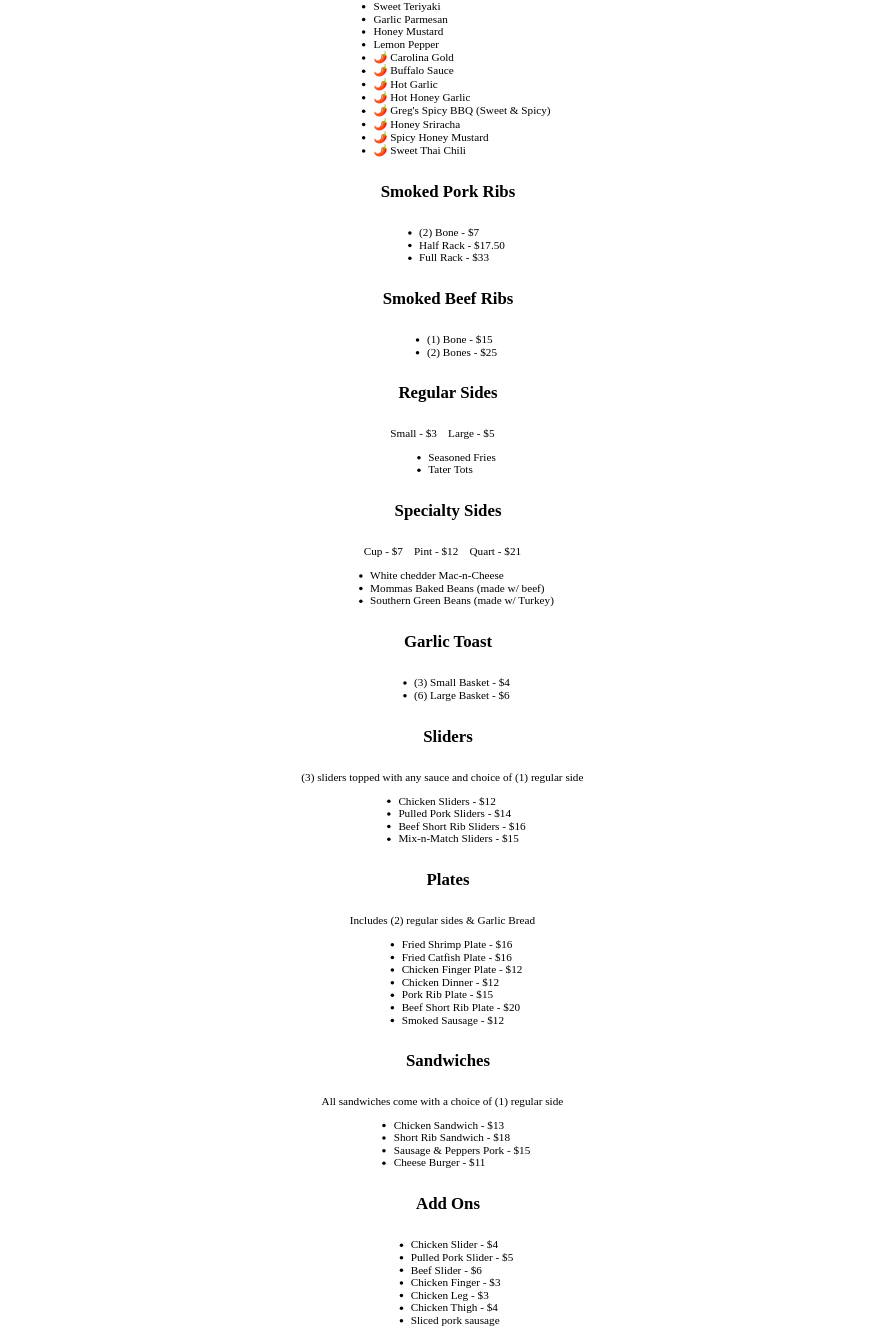
Repository: dukedward/smokehousemenu
Page: index.html
The author's editor kept a copy of each file at every save. The page is drawn from the files as they stood at one save, then again after the next save.
The browser window is 1280 px wide. The pictures show the part of the page from y = 655 to 2575 px (the page is 2575 px tall before and 2521 px after), at 70% of full size.

Above is the page before, as saved 2023-02-28 14:02:01.

After the next save:
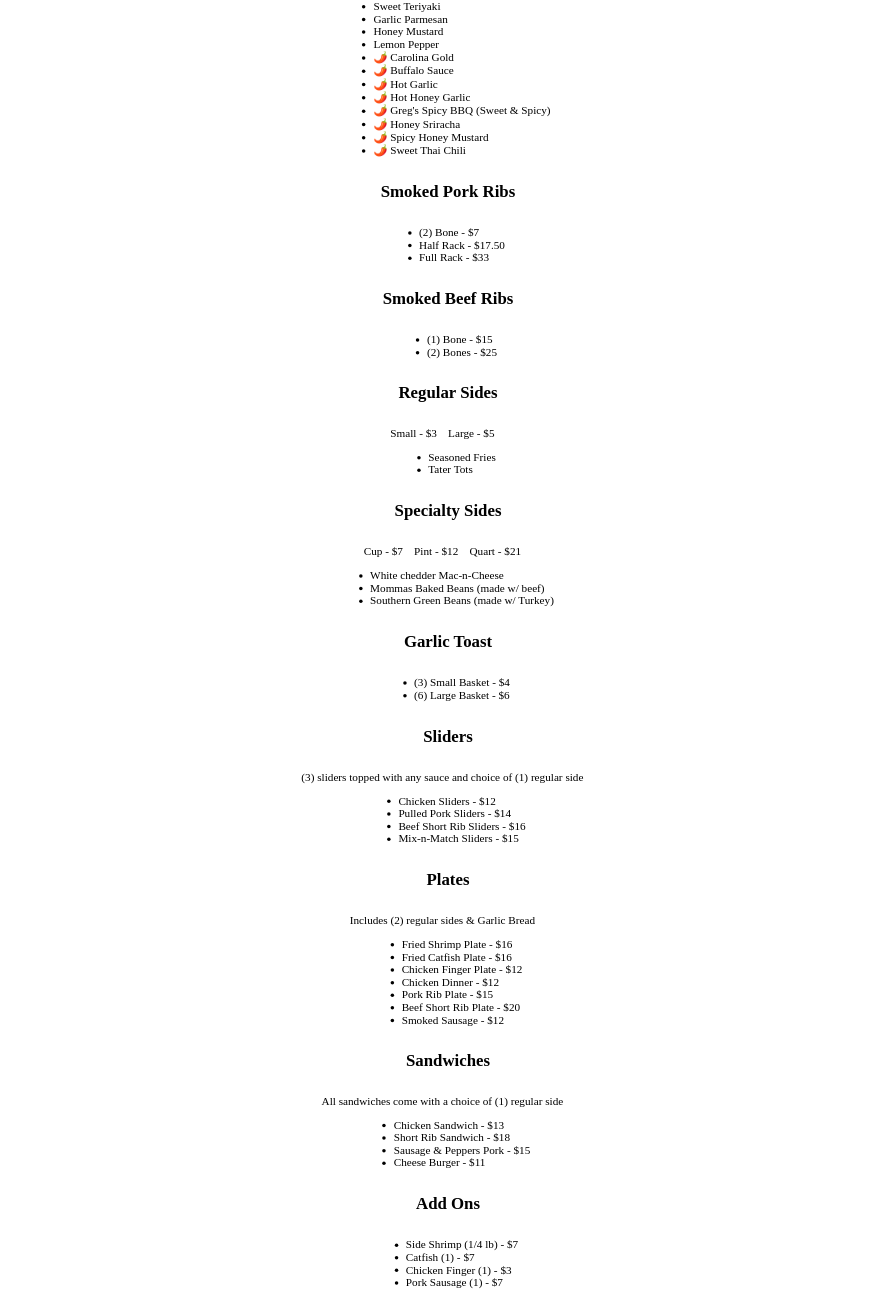
Saved 2 min 27 s later.
--- a/index.html
+++ b/index.html
@@ -141,13 +141,10 @@
         <div class="sect">
             <h2>Add Ons</h2>
             <ul>
-                <li>Chicken Slider - $4</li>
-                <li>Pulled Pork Slider - $5</li>
-                <li>Beef Slider - $6</li>
-                <li>Chicken Finger - $3</li>
-                <li>Chicken Leg - $3</li>
-                <li>Chicken Thigh - $4</li>
-                <li>Sliced pork sausage</li>
+                <li>Side Shrimp (1/4 lb) - $7</li>
+                <li>Catfish (1) - $7</li>
+                <li>Chicken Finger (1) - $3</li>
+                <li>Pork Sausage (1) - $7</li>
             </ul>
         </div>
     </div>
